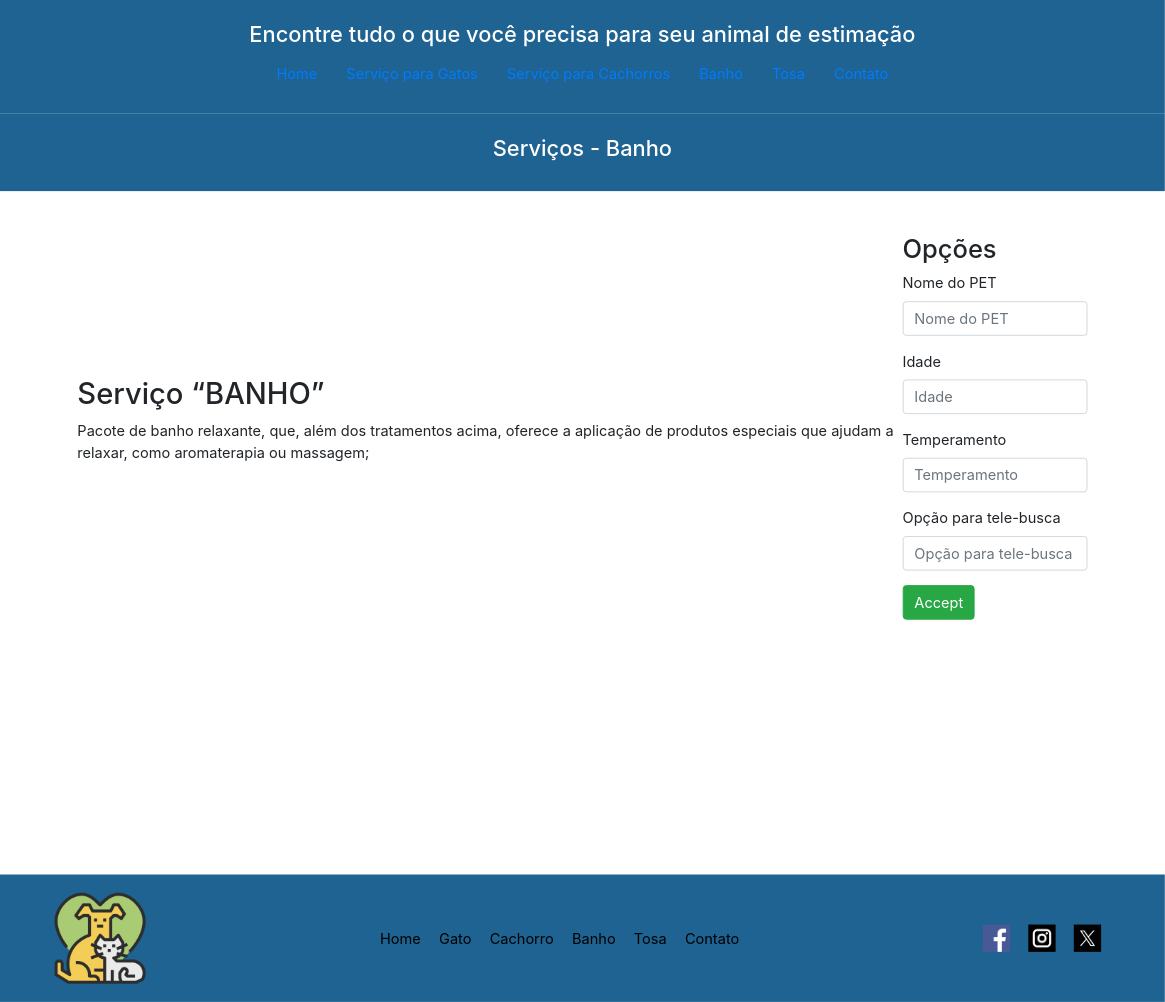
Repository: graeff01/petshop-project
Page: banho.html
These files come from the project's save history. The page is drawn as it stood at one moment and after the next save; the edit follows.
The browser window is 1280 px wide. The pictures show the whole page, at 91% of full size.

Above is the page before, as saved 2024-09-18 11:51:54.

After the next save:
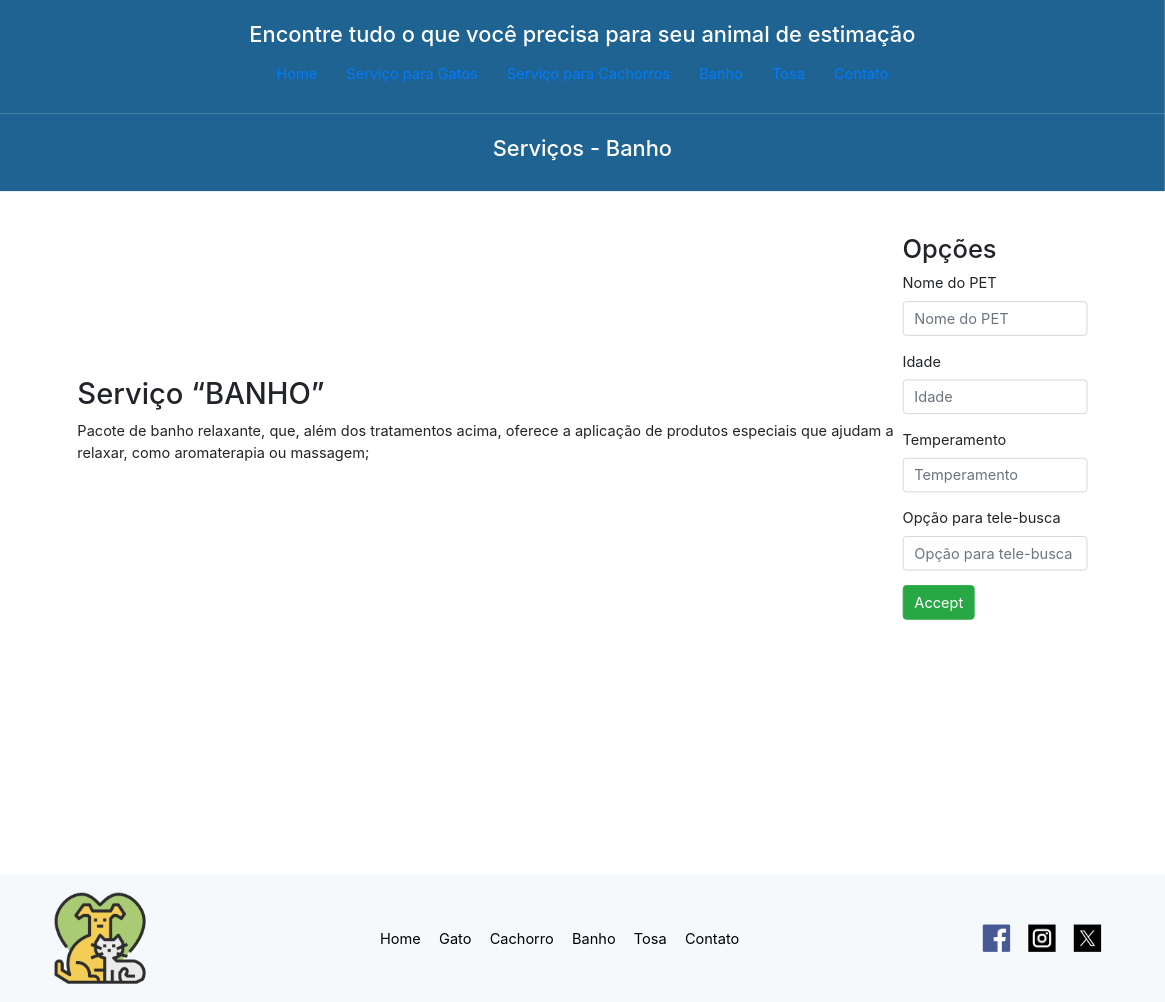
Saved 7 s later.
--- a/css/bt.css
+++ b/css/bt.css
@@ -23,7 +23,7 @@
 
 .footer {
     margin-top: 280px;
-    background-color: #1e6391;
+    background-color: #f5f9fc;
     padding: 20px 0;
     color: rgb(0, 0, 0);
     text-align: center;

After the save that followed:
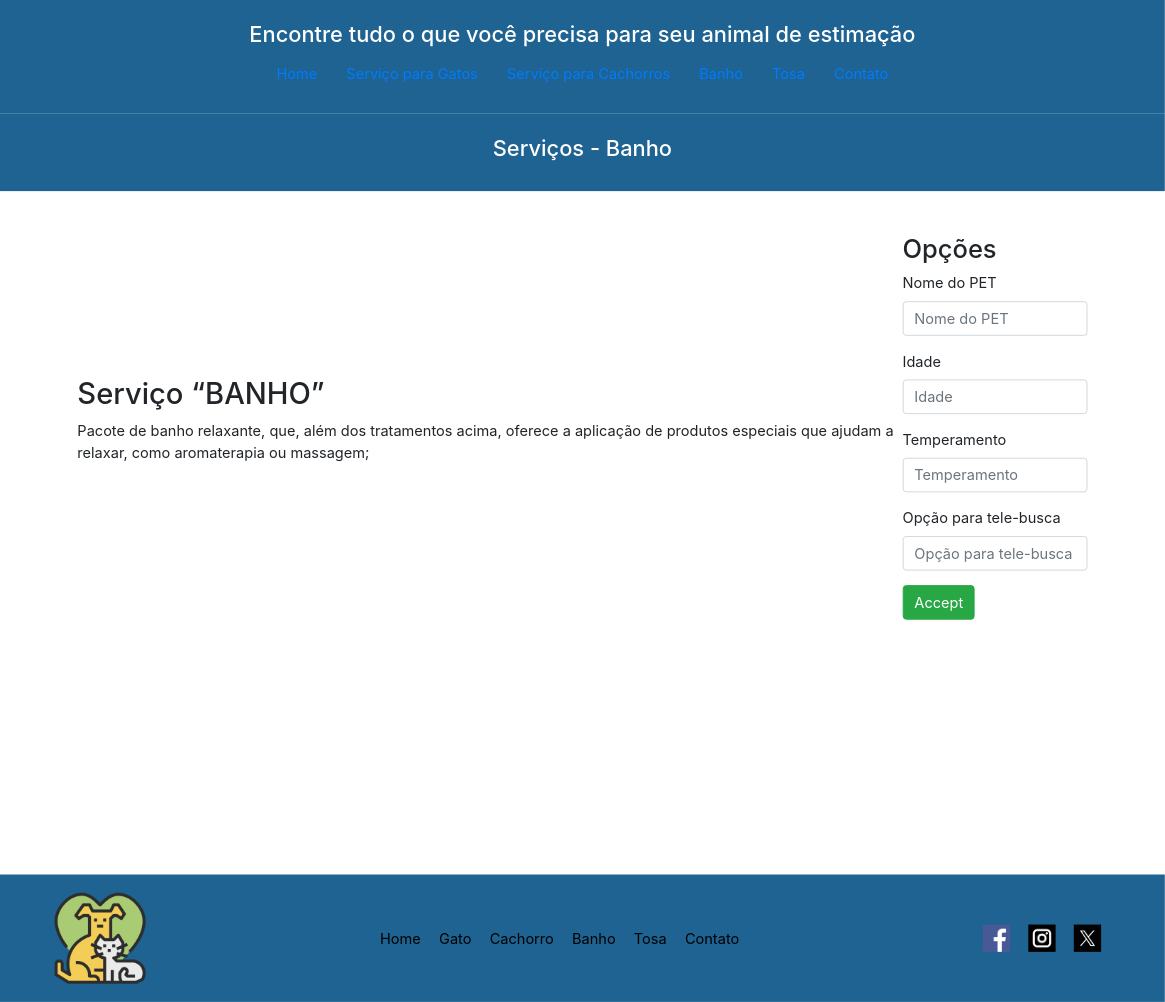
Saved 4 s later.
--- a/css/bt.css
+++ b/css/bt.css
@@ -23,7 +23,7 @@
 
 .footer {
     margin-top: 280px;
-    background-color: #f5f9fc;
+    background-color: #1e6391;
     padding: 20px 0;
     color: rgb(0, 0, 0);
     text-align: center;
